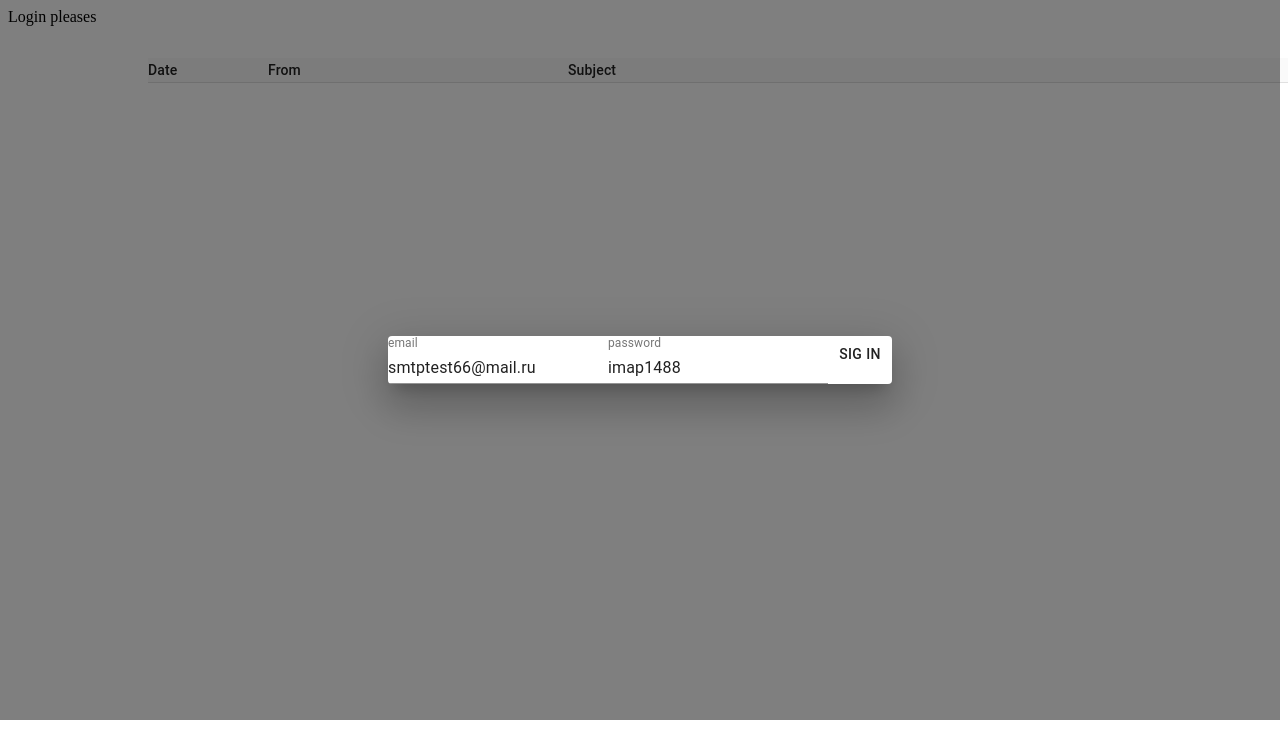
Repository: atakhanovrodion/mailclient
Page: / (app in client/)
These files come from the project's save history. The page is drawn as it stood at one moment and after the next save; the edit follows.
The browser window is 1280 px wide. The page is 1288 px wide, so the pictures cover 1288 px, including what lies to the right of the window. The pictures show the whole page.
The project was rebuilt for these pictures with package versions that can differ from the ones it lists, and the page was loaded fresh each time. Also part of the build but not shown: client/webpack.config.js.

Above is the page before, as saved 2021-03-09 17:48:45.

### client/src/index.html
<!DOCTYPE html>
<html lang="en">
  <head>
    <title>MAILCLIENT</title>
  </head>
  <body>
    <div id="root"></div>
  </body>
</html>

### client/src/main.tsx
import * as React from "react";
import * as ReactDOM from "react-dom";

//import "normalize.css";
import "./css/main.css";

import BaseLayout from "./components/BaseLayout";

const baseComponent = ReactDOM.render(
  <BaseLayout />,
  document.getElementById("root")
);

### client/src/css/main.css
.appContainer {
  display: grid;
  grid-template-columns: 140px 1fr;
  grid-template-rows: 50px 1fr;
  width: 100vw;
  height: 100vh;
}
.header {
  grid-column: 1 / 3;
}

.listOfMailboxes {
  grid-column: 1 / 2;
  grid-row: 2 / 2;
}

### client/src/components/BaseLayout.tsx
import * as React from "react";
import Login from "./Login";
import * as api from "../api";
import Header from "./Header";
import ListOfMailboxes from "./ListOfMailboxes";
import ListOfMessages from "./ListOfMessages";
type MyState = {
  isAuth: false;
  loginEmail: string;
  loginPassword: string;
  currenEmail: string;
  currentPassword: string;
  listOfMailboxes: api.IMailbox[];
  listOfMessages: api.IMessage[];
  currentHost: string;
  currentMailboxList: [];
  currentMessageBody: string;
  currentMailbox: string;
};

class BaseLayout extends React.Component {
  constructor(props: any) {
    super(props);
    this.handleInput = this.handleInput.bind(this);
    this.tryAuth = this.tryAuth.bind(this);
    this.signOut = this.signOut.bind(this);
    this.getMailbox = this.getMailbox.bind(this);
    this.getMessage = this.getMessage.bind(this);
  }
  state: MyState = {
    isAuth: false,
    loginEmail: "smtptest66@mail.ru",
    loginPassword: "imap1488",
    currenEmail: "undefined",
    currentPassword: "",
    listOfMailboxes: [],
    listOfMessages: [],
    currentHost: "",
    currentMailboxList: [],
    currentMessageBody: "",
    currentMailbox: "INBOx",
  };
  render() {
    return (
      <div>
        <Login
          onSubmit={this.tryAuth}
          onChange={this.handleInput}
          isOpen={this.state.isAuth}
          user={this.state.loginEmail}
          pass={this.state.loginPassword}
        />

        <div className="appContainer">
          <div className="header">
            <Header
              onClick={this.signOut}
              currentEmail={this.state.currenEmail}
              isAuth={this.state.isAuth}
            />
          </div>
          <div className="listOfMailboxes">
            <ListOfMailboxes
              mailboxes={this.state.listOfMailboxes}
              onClick={this.getMailbox}
            />
          </div>
          <div className="centerArea">
            {" "}
            <ListOfMessages
              messages={this.state.listOfMessages}
              onClick={this.getMessage}
            />
            {this.state.currentMessageBody}{" "}
          </div>
        </div>
      </div>
    );
  }
  handleInput(e: any): void {
    const target: string = e.target.id;
    this.setState({ [target]: e.target.value });
  }
  async tryAuth(): Promise<void> {
    let domain: string = findDomain(this.state.loginEmail);

    const info: api.IAuthInfo = {
      user: this.state.loginEmail,
      password: this.state.loginPassword,
      host: "imap." + domain,
      port: 993,
    };
    const apiWorker = new api.Worker(info);

    if ((await apiWorker.tryAuth()) == "succes") {
      const data = {
        loginEmail: "",
        loginPassword: "",
        isAuth: true,
        currenEmail: this.state.loginEmail,
        currentPassword: this.state.loginPassword,
        currentHost: domain,
      };
      this.setState(data);
      console.log(this.state);
      this.getListOfMailboxes();
      //TODO
      this.getMailbox("INBOx");
    }
    this.setState({ loginEmail: "", loginPassword: "" });
  }
  async getListOfMailboxes(): Promise<void> {
    console.log(this.state.currentHost);

    const info: api.IAuthInfo = {
      user: this.state.currenEmail,
      password: this.state.currentPassword,
      host: "imap." + this.state.currentHost,
      port: 993,
    };
    const apiWorker = new api.Worker(info);
    const mailboxes = await apiWorker.listOfMailboxes();
    this.setState({ listOfMailboxes: mailboxes });
  }
  async getMailbox(path: string): Promise<void> {
    const info: api.IAuthInfo = {
      user: this.state.currenEmail,
      password: this.state.currentPassword,
      host: "imap." + this.state.currentHost,
      port: 993,
    };
    const apiWorker: api.Worker = new api.Worker(info);
    const messages: api.IMessage[] = await apiWorker.getMailbox(path);
    this.setState({ listOfMessages: messages, currentMailbox: path });
    console.log(this.state);
  }
  async getMessage(message: api.IMessage): Promise<void> {
    const info: api.IAuthInfo = {
      user: this.state.currenEmail,
      password: this.state.currentPassword,
      host: "imap." + this.state.currentHost,
      port: 993,
    };
    const apiWorker: api.Worker = new api.Worker(info);
    const messageBody: string = await apiWorker.getMessage(
      this.state.currentMailbox,
      message.id.toString()
    );
    this.setState({
      currentMessageBody: messageBody,
    });
  }
  signOut(): void {
    this.setState({
      isAuth: false,
      listOfMailboxes: [],
      listOfMessages: [],
    });
  }
}
export default BaseLayout;

//TODO
//email validation
function findDomain(addres: string): string {
  return "mail.ru";
}

### client/src/components/Login.tsx
import React from "react";
import { withStyles } from "@material-ui/styles";
import Dialog from "@material-ui/core/Dialog";
import TextField from "@material-ui/core/TextField";
import Button from "@material-ui/core/Button";

type Props = {
  onSubmit: any;
  onChange: any;
  isOpen: boolean;
  user: string;
  pass: string;
  classes: any;
};

const styles = {
  dialogPaper: {
    minHeight: "80vh",
    maxHeight: "80vh",
  },
};

const Login: React.FC<Props> = ({
  onSubmit,
  onChange,
  isOpen,
  user,
  pass,
  classes,
}) => {
  return (
    <Dialog
      open={!isOpen}
      disableBackdropClick={true}
      disableEscapeKeyDown={true}
      className={classes.root}
    >
      <form>
        <TextField
          id="loginEmail"
          onChange={onChange}
          label="email"
          value={user}
        />
        <TextField
          id="loginPassword"
          onChange={onChange}
          label="password"
          value={pass}
        />
        <Button onClick={onSubmit}>Sig in</Button>
      </form>
    </Dialog>
  );
};

export default withStyles(styles)(Login);

### client/src/api.ts
import axios, { AxiosResponse } from "axios";

export interface IAuthInfo {
  host: string;
  port: number;
  user: string;
  password: string;
}
export interface IMailbox {
  name: string;
  path: string;
}
export interface IMessage {
  id: number;
  from: string;
  subject: string;
  date: string;
  body?: string;
}

export class Worker {
  private static info: IAuthInfo;
  constructor(info: IAuthInfo) {
    Worker.info = info;
  }

  public async tryAuth(): Promise<string> {
    const response: AxiosResponse = await axios.post(
      "http://localhost:3001/auth",
      Worker.info
    );
    return response.data;
  }
  public async listOfMailboxes(): Promise<IMailbox[]> {
    const response: AxiosResponse = await axios.get(
      "http://localhost:3001/mailboxes"
    );
    return response.data;
  }
  public async getMailbox(mailbox: string): Promise<IMessage[]> {
    const response: AxiosResponse = await axios.get(
      `http://localhost:3001/mailboxes/${mailbox}`
    );
    return response.data;
  }
  public async getMessage(mailbox: string, id: string): Promise<string> {
    const response: AxiosResponse = await axios.get(
      `http://localhost:3001/mailboxes/${mailbox}/${id}`
    );
    return response.data;
  }
}

### client/src/components/Header.tsx
import React from "react";
import Button from "@material-ui/core/Button";
type Props = {
  onClick: any;
  currentEmail: string;
  isAuth: boolean;
};

const Header: React.FC<Props> = ({ onClick, currentEmail, isAuth }) => {
  return (
    <div>
      {isAuth == true ? (
        <div>
          Your email:{currentEmail}
          <Button onClick={onClick}>Sign out</Button>
        </div>
      ) : (
        <div>Login pleases </div>
      )}
    </div>
  );
};
export default Header;

### client/src/components/ListOfMailboxes.tsx
import React from "react";
import { IMailbox } from "../api";
import Chip from "@material-ui/core/Chip";
import List from "@material-ui/core/List";
type Props = {
  mailboxes: IMailbox[];
  onClick: any;
};

const listOfMailboxes: React.FC<Props> = ({ mailboxes, onClick }) => {
  return (
    <List>
      {mailboxes.map((value) => {
        return (
          <Chip
            onClick={() => {
              onClick(value.path);
            }}
            label={`${value.name}`}
          />
        );
      })}
    </List>
  );
};
export default listOfMailboxes;

### client/src/components/ListOfMessages.tsx
import React from "react";
import { IMessage } from "../api";

import Table from "@material-ui/core/Table";
import TableBody from "@material-ui/core/TableBody";
import TableCell from "@material-ui/core/TableCell";
import TableHead from "@material-ui/core/TableHead";
import TableRow from "@material-ui/core/TableRow";

type Props = {
  messages: IMessage[];
  onClick: any;
};

const ListOfMessages: React.FC<Props> = ({ messages, onClick }) => (
  <Table stickyHeader padding="none">
    <TableHead>
      <TableRow>
        <TableCell style={{ width: 120 }}>Date</TableCell>
        <TableCell style={{ width: 300 }}>From</TableCell>
        <TableCell>Subject</TableCell>
      </TableRow>
    </TableHead>
    <TableBody>
      {messages.map((message) => (
        <TableRow
          onClick={() => {
            onClick(message);
          }}
          key={message.id}
        >
          <TableCell>{new Date(message.date).toLocaleDateString()}</TableCell>
          <TableCell>{message.from}</TableCell>
          <TableCell>{message.subject}</TableCell>
        </TableRow>
      ))}
    </TableBody>
  </Table>
); /* Mailboxes. */

export default ListOfMessages;

After the next save:
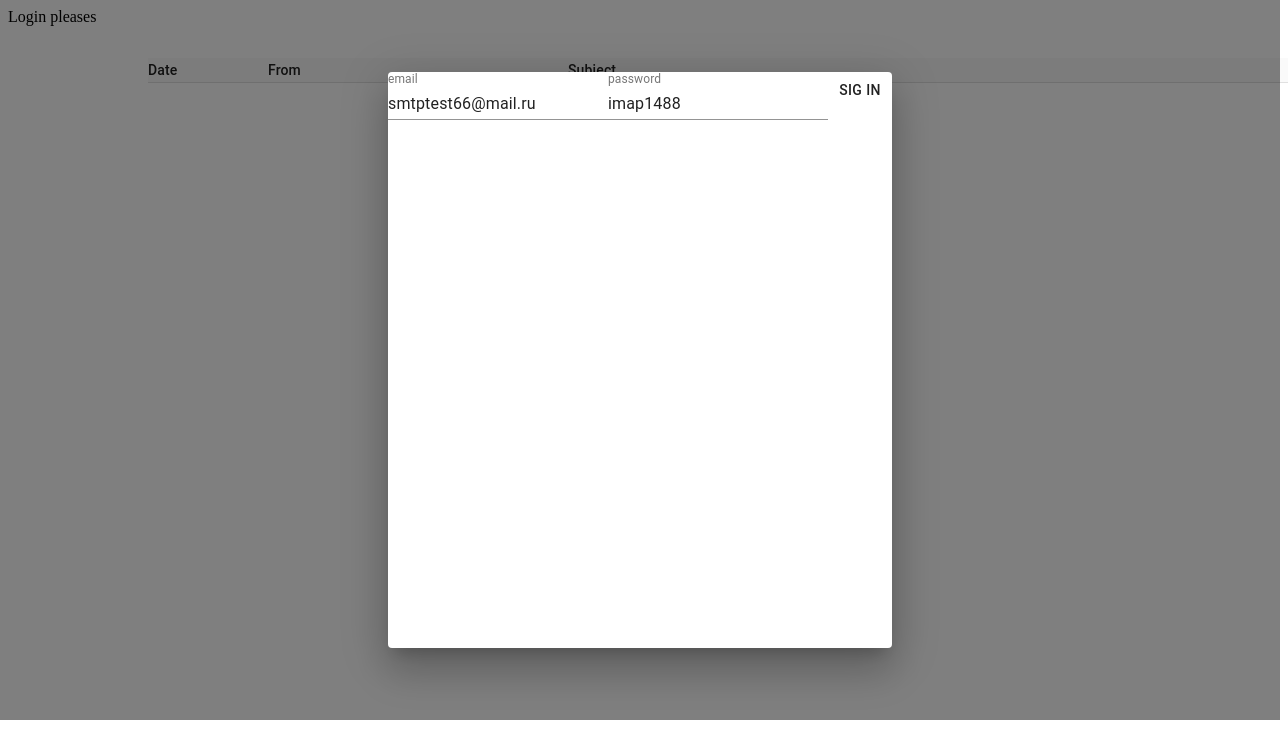
Saved 88 s later.
--- a/client/src/components/Login.tsx
+++ b/client/src/components/Login.tsx
@@ -33,7 +33,7 @@ const Login: React.FC<Props> = ({
       open={!isOpen}
       disableBackdropClick={true}
       disableEscapeKeyDown={true}
-      className={classes.root}
+      classes={{ paper: classes.dialogPaper }}
     >
       <form>
         <TextField
